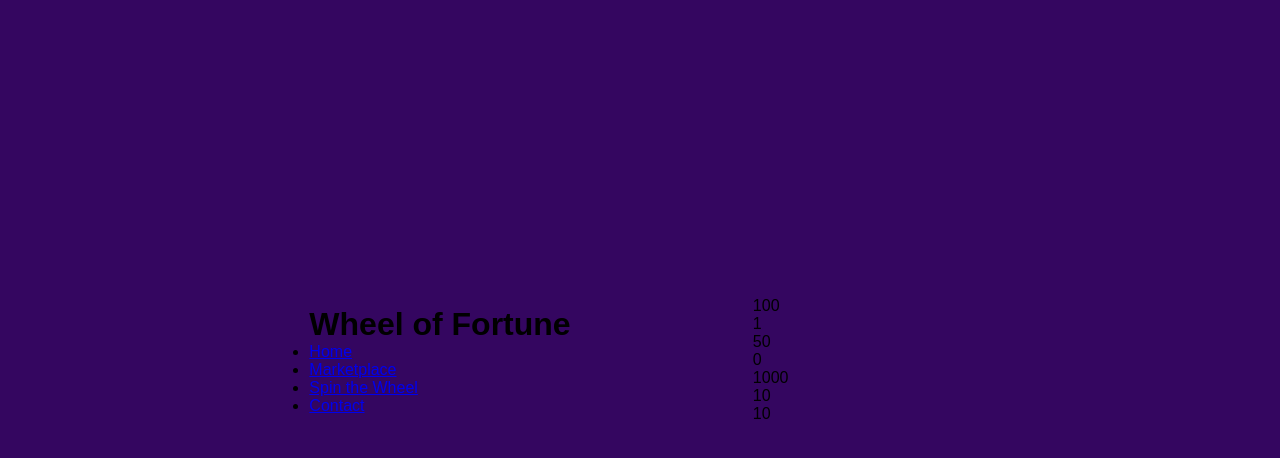
Repository: Jacques-Jaki-Morkel/FundedMarketplace_WheelofFortune
Page: index.html
An editor plug-in stored every save of this project. The page is shown before and after the next save, followed by the edit.
The browser window is 1280 px wide. The pictures show the whole page.

Above is the page before, as saved 2025-08-12 09:32:12.

After the next save:
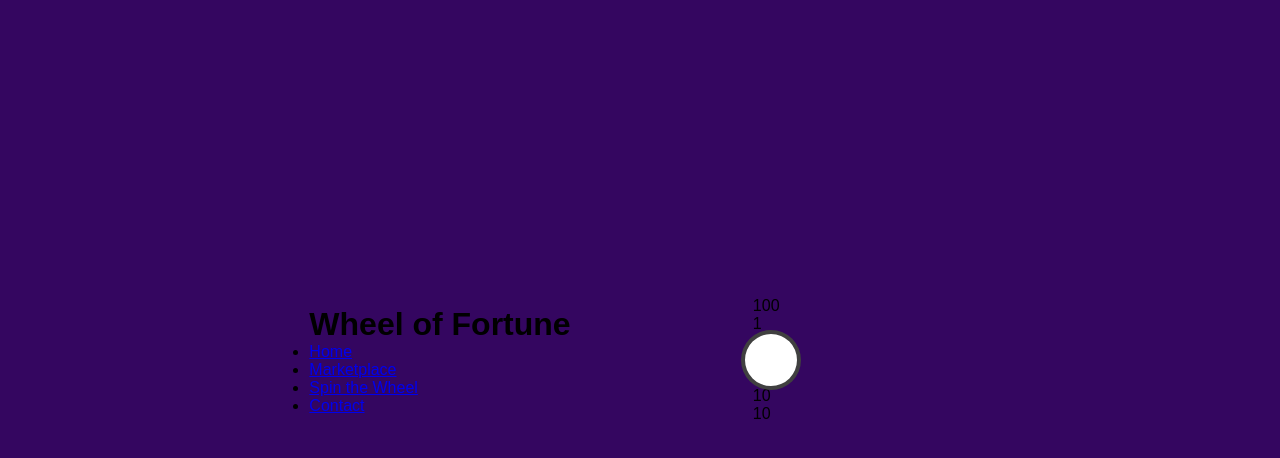
Saved 34 s later.
--- a/styles.css
+++ b/styles.css
@@ -26,7 +26,7 @@
    position: absolute;
 width: 60px;
 height: 60px;
-background:
+background: #fff;
 border-radius: 50%;
 z-index: 10;
 display: flex;
@@ -34,9 +34,9 @@
 align-items: center;
 text-transform: uppercase;
 font-weight: 600;
-color:
+color: #333;
 letter-spacing: 0.1em;
-border: 4px solid Orgba(0,0,0,0.75);
+border: 4px solid rgba(0,0,0,0.75);
 cursor: pointer;
 user-select: none;
 }
